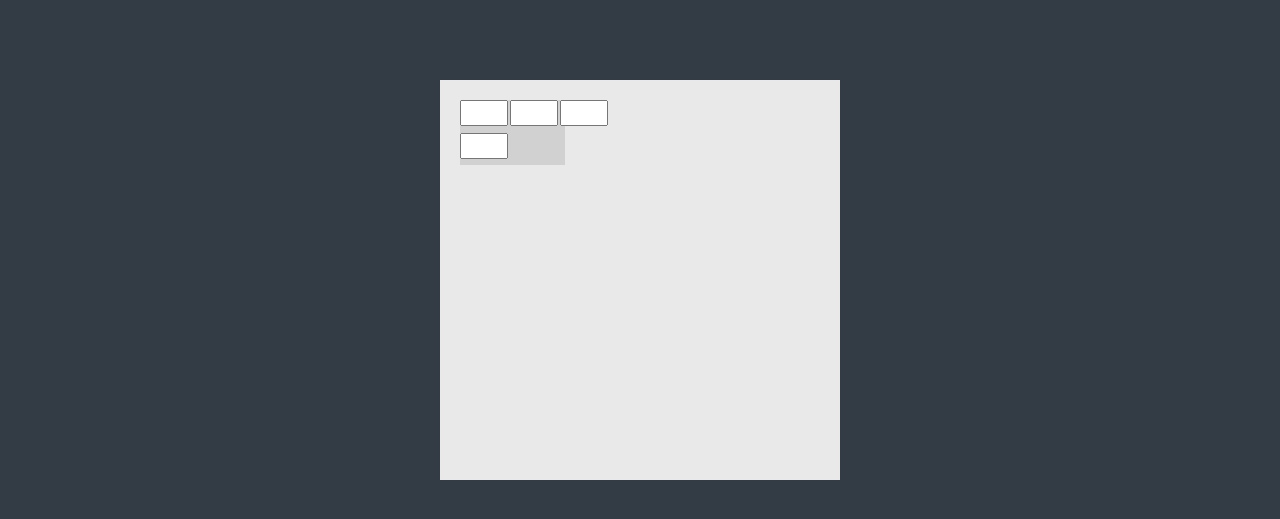
Repository: piookr-wsei/8086
Page: /
These files come from the project's save history. The page is drawn as it stood at one moment and after the next save; the edit follows.
The browser window is 1280 px wide. The pictures show the whole page.
The project was rebuilt for these pictures with package versions that can differ from the ones it lists, and the page was loaded fresh each time.

Above is the page before, as saved 2022-06-17 00:08:17.

After the next save:
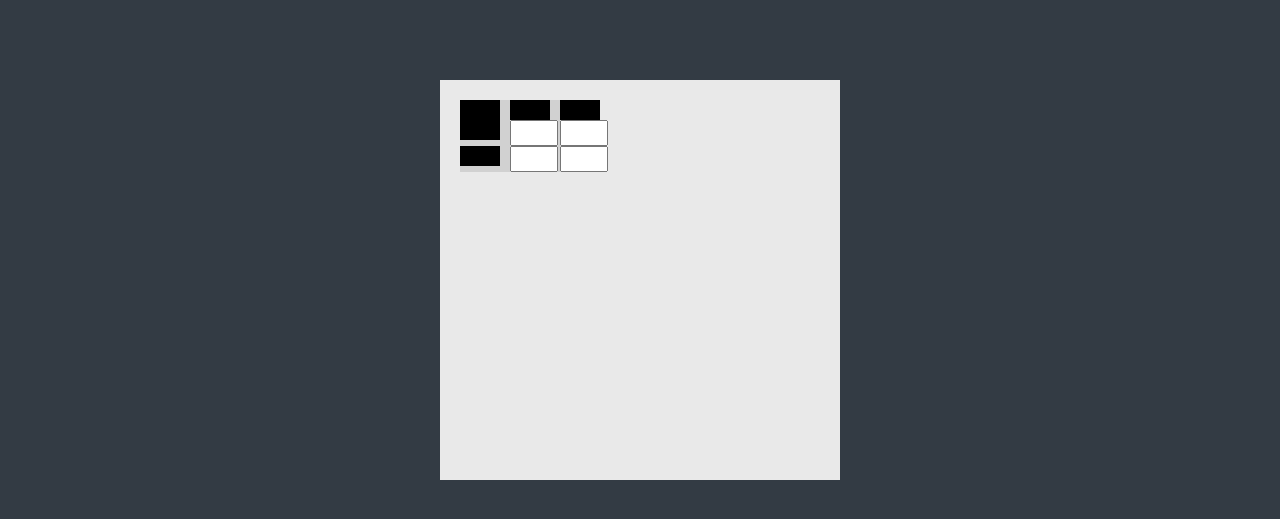
Saved 25 s later.
--- a/src/App.js
+++ b/src/App.js
@@ -1,6 +1,6 @@
 import logo from './logo.svg';
 import './App.css';
-import { RegInput, RegWrapper, UiWindow, UiWrapper } from './Components/Components.elements';
+import { RegDesc, RegInput, RegWrapper, UiWindow, UiWrapper } from './Components/Components.elements';
 
 function App() {
   return (
@@ -8,8 +8,9 @@ function App() {
       <UiWindow>
         <UiWrapper>
           <RegWrapper>
-            <RegInput/><RegInput/>
-            <RegInput/><RegInput/>
+            <RegDesc/><RegDesc/><RegDesc/>
+            <RegDesc/><RegInput/><RegInput/>
+            <RegDesc/><RegInput/><RegInput/>
           </RegWrapper>
 
         </UiWrapper>
